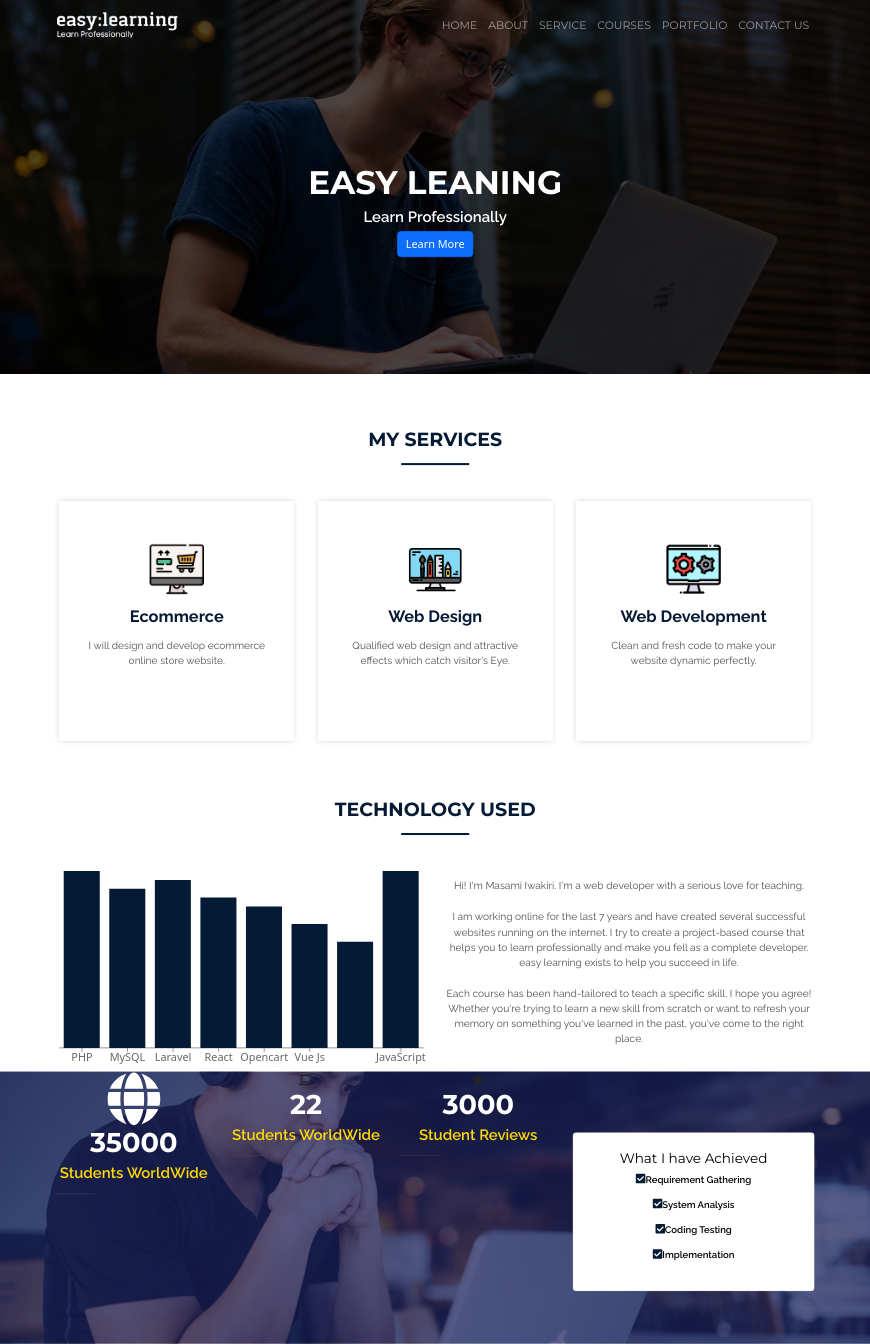
Repository: masamichan/free_video_app
Page: /
These files come from the project's save history. The page is drawn as it stood at one moment and after the next save; the edit follows.
The browser window is 1280 px wide. The pictures show the whole page, at 68% of full size.
Backgrounds fixed to the window are drawn as part of the page. The project was rebuilt for these pictures with package versions that can differ from the ones it lists, and the page was loaded fresh each time.

Above is the page before, as saved 2023-01-31 11:59:03.

### public/index.html
<!DOCTYPE html>
<html lang="en">
  <head>
    <meta charset="utf-8" />
    <link rel="icon" href="%PUBLIC_URL%/icon.png" />
    <meta name="viewport" content="width=device-width, initial-scale=1" />
    <meta name="theme-color" content="#000000" />
    <meta
      name="description"
      content="Web site created using create-react-app"
    />

    <link rel="manifest" href="%PUBLIC_URL%/manifest.json" />

    <link rel="preconnect" href="https://fonts.googleapis.com">
    <link rel="preconnect" href="https://fonts.gstatic.com" crossorigin>
    <link
      href="https://fonts.googleapis.com/css2?family=Montserrat:wght@400;700;800&family=Raleway:wght@300;400;600;700&display=swap"
      rel="stylesheet">

    <title>Easy Leaning</title>
  </head>
  <body>
    <noscript>You need to enable JavaScript to run this app.</noscript>
    <div style="width: 100%;" id="root"></div>

  </body>
</html>

### src/App.js
import React from "react";
import Analysis from "./components/Analysis/Analysis";
import Services from "./components/Services/Services";
import Summary from "./components/Summary/Summary";
import { TopBanner } from "./components/TopBanner/TopBanner";
import TopNavigation from "./components/TopNavigation/TopNavigation";
import "./asset/css/bootstrap.min.css";

function App() {
  return (
    <div>
      <TopNavigation />
      <TopBanner />
      <Services />
      <Analysis />
      <Summary />
    </div>
  );
}

export default App;

### src/components/Analysis/Analysis.jsx
import React, { Component, Fragment } from "react";
import { Col, Container, Row } from "react-bootstrap";
import { Bar, BarChart, ResponsiveContainer, Tooltip, XAxis } from "recharts";
class Analysis extends Component {
  constructor() {
    super();
    this.state = {
      data: [
        { Technology: "PHP", Projects: 100 },
        { Technology: "MySQL", Projects: 90 },
        { Technology: "Laravel", Projects: 95 },
        { Technology: "React", Projects: 85 },
        { Technology: "Opencart", Projects: 80 },
        { Technology: "Vue Js", Projects: 70 },
        { Technology: "Django", Projects: 60 },
        { Technology: "JavaScript", Projects: 100 },
      ],
    };
  }

  render() {
    var blue = "#051b35";
    return (
      <Fragment>
        <Container className="text-center">
          <h1 className="serviceMainTitle">TECHNOLOGY USED</h1>
          <div className="bottom"></div>
          <Row>
            <Col
              style={{ width: "100", height: "300px" }}
              lg={6}
              md={12}
              sm={12}
            >
              <ResponsiveContainer>
                <BarChart width={100} height={300} data={this.state.data}>
                  <XAxis dataKey="Technology" />
                  <Tooltip />
                  <Bar dataKey="Projects" fill={blue}></Bar>
                </BarChart>
              </ResponsiveContainer>
            </Col>

            <Col lg={6} md={12} sm={12}>
              <p className="text-justify serviceDescription">
                Hi! I'm Masami Iwakiri. I'm a web developer with a serious love
                for teaching. <br></br>
                <br></br>I am working online for the last 7 years and have
                created several successful websites running on the internet. I
                try to create a project-based course that helps you to learn
                professionally and make you fell as a complete developer. easy
                learning exists to help you succeed in life.<br></br>
                <br></br>
                Each course has been hand-tailored to teach a specific skill. I
                hope you agree! Whether you're trying to learn a new skill from
                scratch or want to refresh your memory on something you've
                learned in the past, you've come to the right place.
              </p>
            </Col>
          </Row>
        </Container>
      </Fragment>
    );
  }
}
export default Analysis;

### src/components/Services/Services.jsx
import React, { Component, Fragment } from "react";
import { Col, Container, Row } from "react-bootstrap";
import designIcon from "../../asset/image/design.png";
import ecommerceIcon from "../../asset/image/ecommerce.png";
import webIcon from "../../asset/image/web.png";

export class Services extends Component {
  render() {
    return (
      <Fragment>
        <Container className="text-center">
          <h1 className="serviceMainTitle">MY SERVICES</h1>
          <div className="bottom"></div>
          <Row>
            <Col lg={4} md={6} sm={12}>
              <div className="serviceCard text-center">
                <img className="ecommerceIcon" src={ecommerceIcon} />
                <h2 className="serviceName">Ecommerce</h2>
                <p className="serviceDescription">
                  I will design and develop ecommerce online store website.
                </p>
              </div>
            </Col>
            <Col lg={4} md={6} sm={12}>
              <div className="serviceCard text-center">
                <img className="designIcon" src={designIcon} />
                <h2 className="serviceName">Web Design</h2>
                <p className="serviceDescription">
                  Qualified web design and attractive effects which catch
                  visitor's Eye.
                </p>
              </div>
            </Col>
            <Col lg={4} md={6} sm={12}>
              <div className="serviceCard text-center">
                <img className="webIcon" src={webIcon} />
                <h2 className="serviceName">Web Development</h2>
                <p className="serviceDescription">
                  Clean and fresh code to make your website dynamic perfectly.
                </p>
              </div>
            </Col>
          </Row>
        </Container>
      </Fragment>
    );
  }
}

export default Services;

### src/components/Summary/Summary.jsx
import { FontAwesomeIcon } from "@fortawesome/react-fontawesome";
import React, { Component, Fragment } from "react";
import { Card, Col, Container, Row } from "react-bootstrap";
import { faCheckSquare } from "@fortawesome/free-solid-svg-icons";
import { faGlobe } from "@fortawesome/free-solid-svg-icons";
import { faLaptop } from "@fortawesome/free-solid-svg-icons";
import { faStar } from "@fortawesome/free-solid-svg-icons";
export class Summary extends Component {
  render() {
    return (
      <Fragment>
        <Container fluid={true} className="summaryBanner p-0">
          <div className="summaryBannerOverlay">
            <Container className="text-center">
              <Row>
                <Col lg={8} md={6} sm={12}>
                  <Row className="countSection">
                    <Col>
                      <FontAwesomeIcon className="iconProject" icon={faGlobe} />
                      <h1 className="countNumber">35000</h1>
                      <h4 className="countTitle">Students WorldWide</h4>
                      <hr className="bg-white w-25" />
                    </Col>
                    <Col>
                      <FontAwesomeIcon icon={faLaptop} />
                      <h1 className="countNumber">22</h1>
                      <h4 className="countTitle">Students WorldWide</h4>
                      <hr className="bg-white w-25" />
                    </Col>
                    <Col>
                      <FontAwesomeIcon icon={faStar} />
                      <h1 className="countNumber">3000</h1>
                      <h4 className="countTitle">Student Reviews</h4>
                      <hr className="bg-white w-25" />
                    </Col>
                  </Row>
                </Col>
                <Col lg={4} md={6} sm={12}>
                  <Card className="workCard">
                    <Card.Body>
                      <Card.Title className="cardTitle">
                        What I have Achieved
                      </Card.Title>
                      <Card.Text>
                        <p className="cardSubTitle text-justify">
                          <FontAwesomeIcon
                            className="iconBullent"
                            icon={faCheckSquare}
                          />
                          Requirement Gathering
                        </p>
                        <p className="cardSubTitle text-justify">
                          <FontAwesomeIcon
                            className="iconBullent"
                            icon={faCheckSquare}
                          />
                          System Analysis
                        </p>
                        <p className="cardSubTitle text-justify">
                          <FontAwesomeIcon
                            className="iconBullent"
                            icon={faCheckSquare}
                          />
                          Coding Testing
                        </p>
                        <p className="cardSubTitle text-justify">
                          <FontAwesomeIcon
                            className="iconBullent"
                            icon={faCheckSquare}
                          />
                          Implementation
                        </p>
                      </Card.Text>
                    </Card.Body>
                  </Card>
                </Col>
              </Row>
            </Container>
          </div>
        </Container>
      </Fragment>
    );
  }
}

export default Summary;

### src/components/TopBanner/TopBanner.jsx
import React, { Component, Fragment } from "react";
import { Button, Col, Container, Row } from "react-bootstrap";

export class TopBanner extends Component {
  render() {
    return (
      <Fragment>
        <Container fluid={true} className="topFixedBanner p-0">
          <div className="topBannerOverlay">
            <Container className="topContent">
              <Row>
                <Col className="text-center">
                  <h1 className="topTitle">EASY LEANING</h1>
                  <h4 className="topSubTitle">Learn Professionally</h4>
                  <Button variant="primary">Learn More</Button>
                </Col>
              </Row>
            </Container>
          </div>
        </Container>
      </Fragment>
    );
  }
}

export default TopBanner;

### src/components/TopNavigation/TopNavigation.jsx
import React, { Component, Fragment } from "react";
import { Nav, Navbar, NavDropdown } from "react-bootstrap";
import { Container } from "react-bootstrap";
import whiteLogo from "../../asset/image/logo_white.png";
import blackLogo from "../../asset/image/logo_black.png";
import "../../asset/css/custom.css";
import "../../asset/css/bootstrap.min.css";

export class TopNavigation extends Component {
  constructor() {
    super();
    this.state = {
      navBarTitle: "navTitle",
      navBarLogo: [whiteLogo],
      navBarBack: "navBackground",
      navBarItem: "navItem",
    };
  }

  onScroll = () => {
    if (window.scrollY > 100) {
      this.setState({
        navBarTitle: "navTitleScroll",
        navBarLogo: [blackLogo],
        navBarBack: "navBackgroundScroll",
        navBarItem: "navItemScroll",
      });
    } else if (window.scrollY < 100) {
      this.setState({
        navBarTitle: "navTitle",
        navBarLogo: [whiteLogo],
        navBarBack: "navBackground",
        navBarItem: "navItem",
      });
    }
  };

  componentDidMount() {
    window.addEventListener("scroll", this.onScroll);
  }

  render() {
    return (
      <Fragment>
        <Navbar
          className={this.state.navBarBack}
          collapseOnSelect
          fixed="top"
          expand="lg"
          variant="dark"
        >
          <Container>
            <Navbar.Brand className={this.state.navBarTitle} href="#home">
              <img src={this.state.navBarLogo} />
            </Navbar.Brand>
            <Navbar.Toggle aria-controls="responsive-navbar-nav" />
            <Navbar.Collapse id="responsive-navbar-nav">
              <Nav className="me-auto"></Nav>
              <Nav>
                <Nav.Link className={this.state.navBarItem} href="#deets">
                  HOME
                </Nav.Link>
                <Nav.Link className={this.state.navBarItem} href="#deets">
                  ABOUT
                </Nav.Link>
                <Nav.Link className={this.state.navBarItem} href="#deets">
                  SERVICE
                </Nav.Link>
                <Nav.Link className={this.state.navBarItem} href="#deets">
                  COURSES
                </Nav.Link>
                <Nav.Link className={this.state.navBarItem} href="#deets">
                  PORTFOLIO
                </Nav.Link>
                <Nav.Link className={this.state.navBarItem} href="#deets">
                  CONTACT US
                </Nav.Link>
              </Nav>
            </Navbar.Collapse>
          </Container>
        </Navbar>
      </Fragment>
    );
  }
}

export default TopNavigation;

### src/asset/css/custom.css
.topFixedBanner {
  background-image: url("../image/banner.jpg");
  min-height: 550px;
  background-attachment: fixed;
  background-position: center;
  background-repeat: no-repeat;
  background-size: cover;
}
.topBannerOverlay {
  position: absolute;
  min-height: 550px;
  width: 100%;
  background: rgb(0, 0, 0, 0.7);
}

.topContent {
  margin-top: 15em;
}

.topTitle {
  font-family: "Montserrat", sans-serif;
  font-weight: 700;
  color: #ffffff;
  font-size: 48px;
}

.topSubTitle {
  font-family: "Raleway", sans-serif;
  font-weight: 600;
  color: #ffffff;
  font-size: 22px;
}

.ecommerceIcon {
  height: 80px;
  width: 80px;
}

.designIcon {
  height: 80px;
  width: 80px;
}

.webIcon {
  height: 80px;
  width: 80px;
}

.serviceCard {
  margin: 5px 5px 5px 5px;
  height: 22rem;
  padding: 60px 30px 60px 30px;
  box-shadow: 0 0 8px 0 rgb(4, 55, 105, 0.2);
}

.serviceCard:hover {
  margin: 5px 5px 5px 5px;
  height: 22rem;
  padding: 60px 30px 60px 30px;
  box-shadow: 0 0 16px 0 rgb(4, 55, 105, 0.2);
}

.serviceName {
  color: #051b35;
  margin-top: 1rem;
  font-family: "Raleway", sans-serif;
  font-size: 24px;
  font-weight: 700;
}

.serviceDescription {
  color: #505050;
  margin-top: 1rem;
  font-family: "Raleway", sans-serif;
  font-size: 15px;
  font-weight: 400;
}

.serviceMainTitle {
  color: #051b35;
  margin-top: 5rem;
  margin-bottom: 3rem;
  font-family: "Montserrat", sans-serif;
  font-weight: 700;
  font-size: 28px;
}

.bottom {
  background: #051b35 none repeat scroll 0 0;
  height: 3px;
  width: 100px;
  margin: -1.9rem auto 0;
  margin-bottom: 3rem;
}

.navTitle {
  font-family: "Montserrat", sans-serif;
  color: #ffffff !important;
  font-weight: 700;
  font-size: 30px;
}

.navTitleScroll {
  font-family: "Montserrat", sans-serif;
  color: #051b35 !important;
  font-weight: 700;
  font-size: 30px;
}

.navBackground {
  -webkit-transition: background-color 400ms linear;
  -moz-transition: background-color 400ms linear;
  -o-transition: background-color 400ms linear;
  transition: background-color 400ms linear;
  background-color: rgba(00, 00, 00, 0) !important;
}

.navBackgroundScroll {
  -webkit-transition: background-color 400ms llinear;
  -moz-transition: background-color 400ms linear;
  -o-transition: background-color 400ms linear;
  transition: background-color 400ms linear;
  background-color: #ffffff;
  box-shadow: 0 0 8px 0 rgba(0, 115, 230, 0.3);
}

.navItem {
  text-decoration: none !important;
  font-family: "Montserrat", sans-serif;
  color: #ffffff;
  font-weight: 700;
  font-size: 16px;
}

.navItemScroll {
  text-decoration: none !important;
  font-family: "Montserrat", sans-serif;
  color: #000000 !important;
  font-weight: 700;
  font-size: 16px;
}
.summaryBanner {
  background-image: url("../image/summary.jpg");
  min-height: 400px;
  background-attachment: fixed;
  background-position: center;
  background-repeat: no-repeat;
  background-size: cover;
}
.summaryBannerOverlay {
  position: absolute;
  min-height: 400px;
  width: 100%;
  background: rgba(27, 31, 92, 0.7);
}
.countNumber {
  color: #ffffff;
  font-family: "Montserrat", sans-serif;
  font-weight: 700;
  font-size: 40px;
}
.countTitle {
  color: #ffd900;
  font-family: "Raleway", sans-serif;
  font-weight: 600;
  font-size: 22px;
}
.countSection {
  margin-top: 20%;
}
.cardTitle {
  color: #000000;
  font-family: "Montserrat", sans-serif;
  font-weight: 700;
  font-size: 15px;
}
.cardSubTitle {
  color: #000000;
  font-family: "Raleway", sans-serif;
  font-weight: 600;
  font-size: 14px;
}

.workCard {
  margin-top: 25%;
  padding: 10px 10px 10px 10px;
  border-radius: 3px;
}

.iconBullent {
  color: #051b35;
  font-size: 16px;
}

.iconProject {
  color: #ffffff;
  font-size: 80px;
}

Loaded but not shown: src/index.js (common file); src/asset/css/bootstrap.min.css (library)

After the next save:
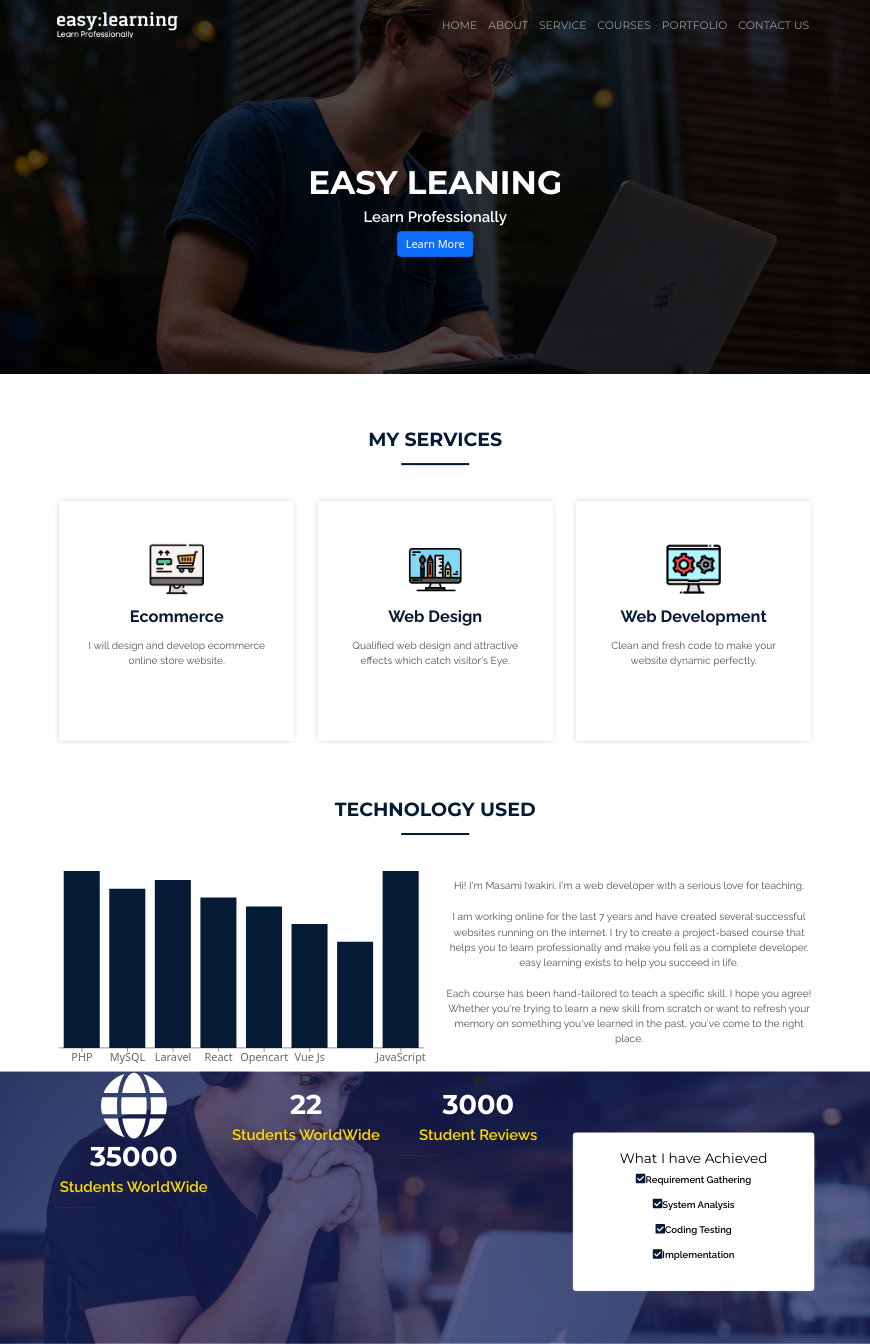
Saved 14 s later.
--- a/src/asset/css/custom.css
+++ b/src/asset/css/custom.css
@@ -194,5 +194,5 @@
 
 .iconProject {
   color: #ffffff;
-  font-size: 80px;
+  font-size: 100px;
 }
